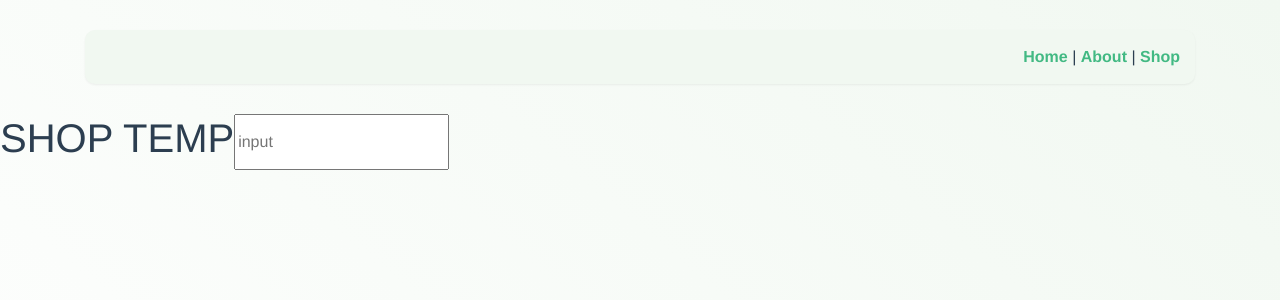
Repository: ramcd86/vuetest
Page: /#/shop
These files come from the project's save history. The page is drawn as it stood at one moment and after the next save; the edit follows.
The browser window is 1280 px wide. The pictures show the whole page.
The project was rebuilt for these pictures with package versions that can differ from the ones it lists, and the page was loaded fresh each time. Requests to the local data server were answered from the project's data file. Also part of the build but not shown: src/components/HelloWorld.vue, src/views/Home.vue.

Above is the page before, as saved 2019-07-08 11:29:27.

After the next save:
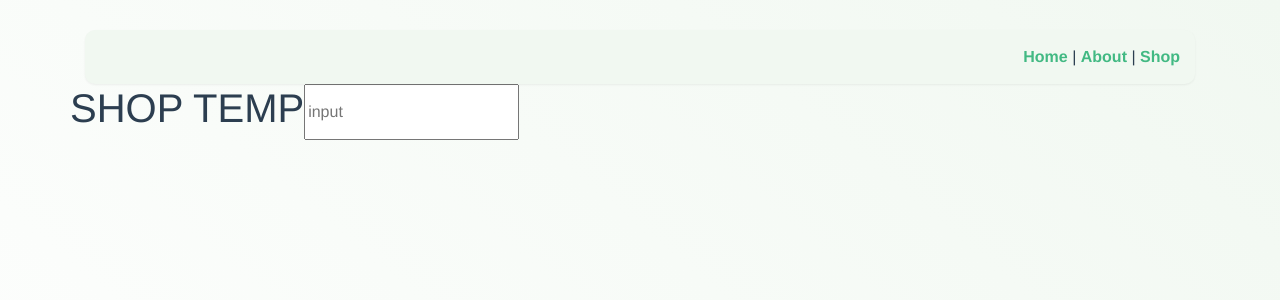
Saved 22 s later.
--- a/src/App.vue
+++ b/src/App.vue
@@ -7,10 +7,11 @@
             <router-link to="/about">About</router-link> |
             <router-link :to="{ name: 'shop', params: { queryData } }">Shop</router-link>
       </div>
+          <router-view />
     </div>
 
     </div>
-    <router-view />
+
   </div>
 </template>
 
